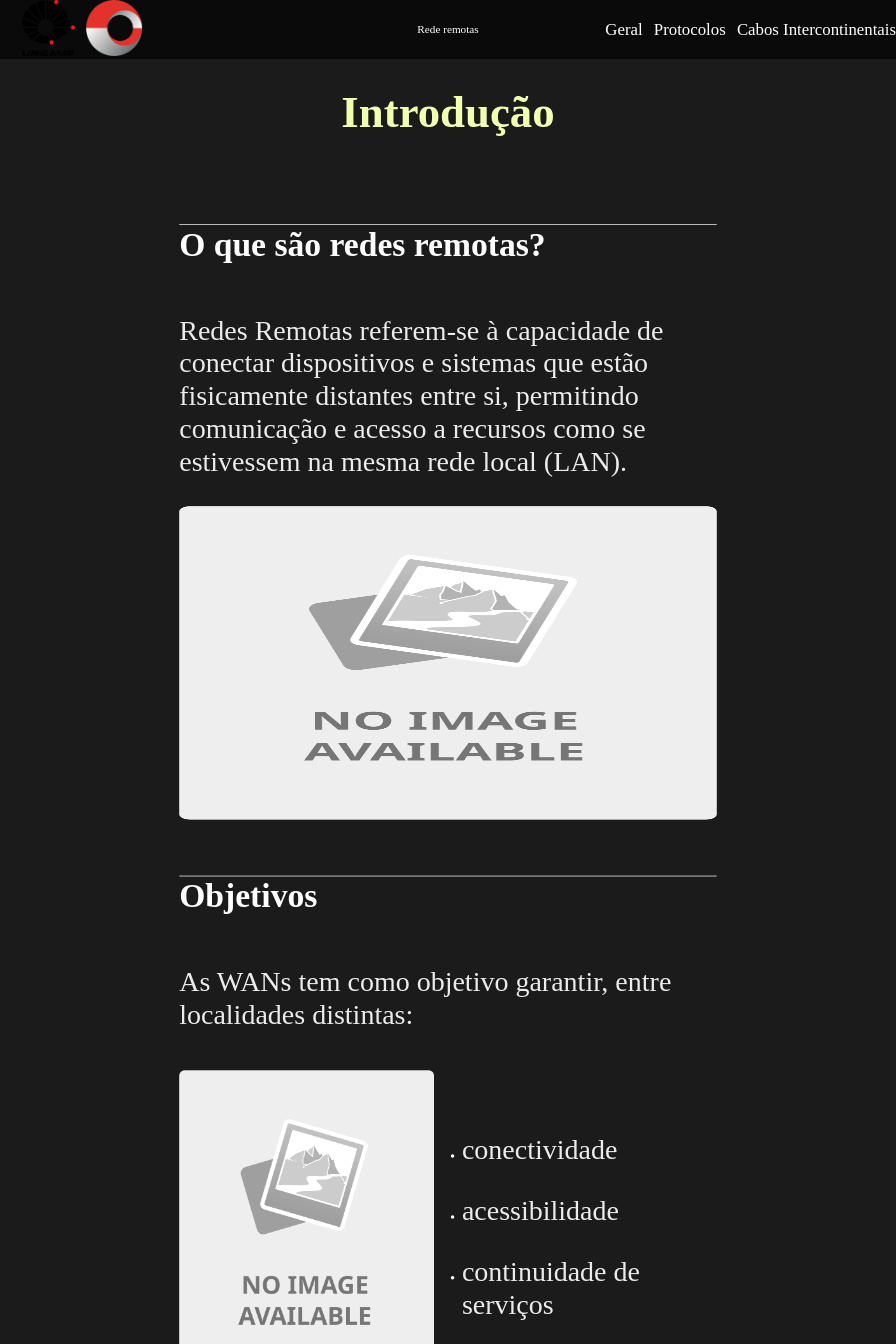
Repository: rafafbd/Site-sobre-redes-remotas
Page: Code/index.html
These files come from the project's save history. The page is drawn as it stood at one moment and after the next save; the edit follows.
The browser window is 1280 px wide. The pictures show the part of the page from y = 0 to 1920 px (the page is 8539 px tall), at 70% of full size.

Above is the page before, as saved 2025-05-27 07:58:09.

After the next save:
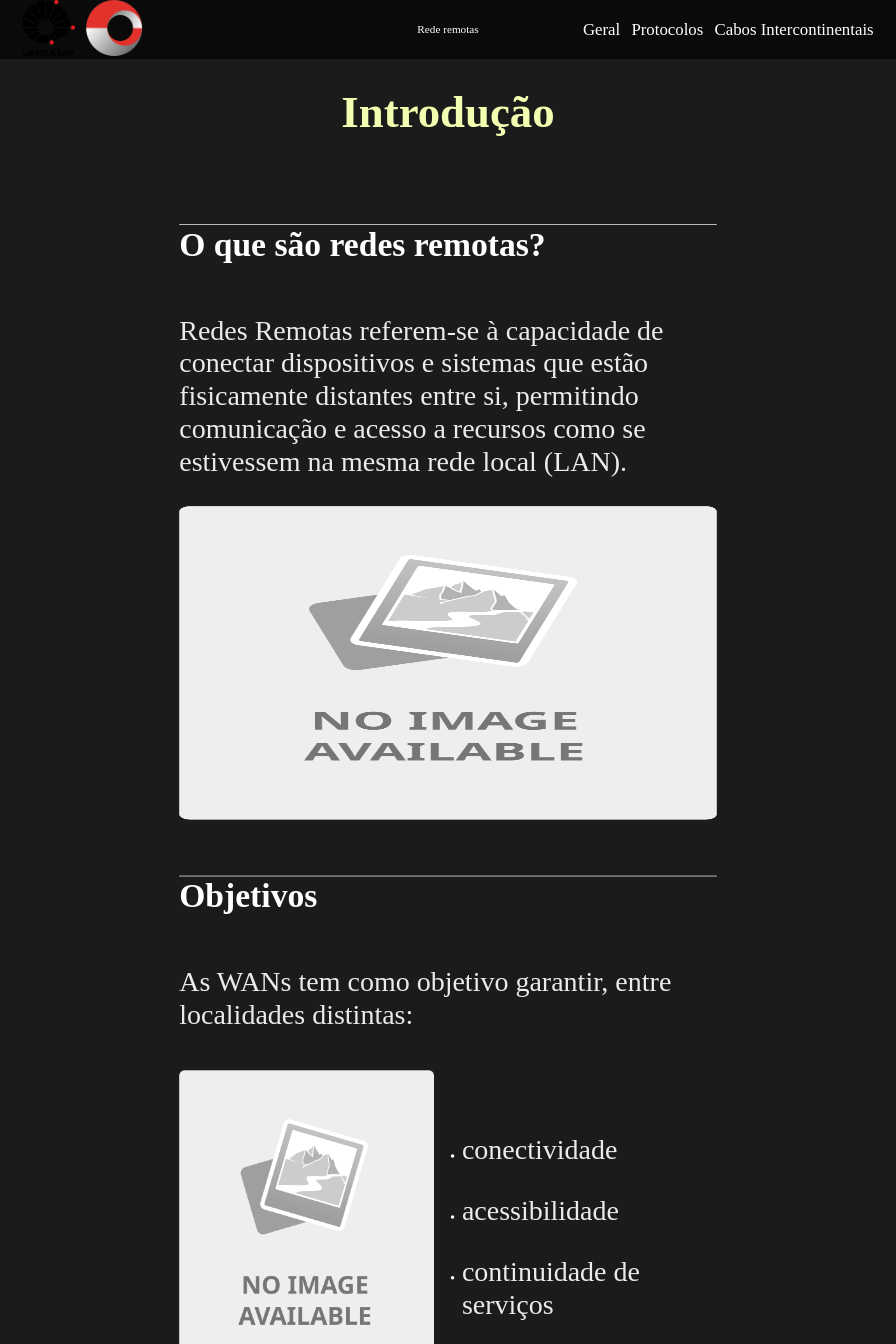
Saved 95 s later.
--- a/Code/index.html
+++ b/Code/index.html
@@ -14,7 +14,7 @@
             <a href="https://cotuca.unicamp.br/"><img src="/Assets/logo-cotuca.png" alt="" class="logo"></a>
         </div>
         <p class="titulo-principal central">Rede remotas</p>
-        <div class="flex-space meio gap">
+        <div class="flex-space meio gap nav">
             <a href="#header" class="aHead">Geral</a>
             <a href="" class="aHead">Protocolos</a>
             <a href="caboInt.html" class="aHead">Cabos Intercontinentais</a>
